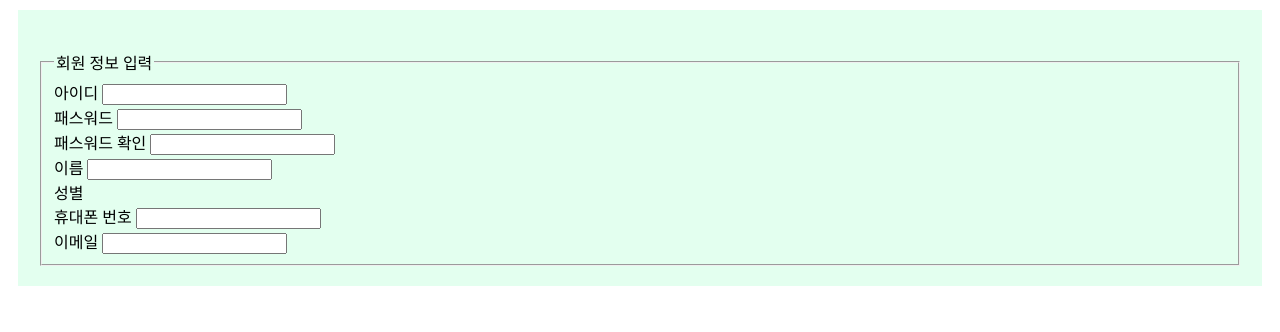
Repository: ypyp0205/jquery
Page: jqpro/WebContent/0205/formsend_valid.html
These files come from the project's save history. The page is drawn as it stood at one moment and after the next save; the edit follows.
The browser window is 1280 px wide. The pictures show the whole page.

Above is the page before, as saved 2020-02-05 08:14:37.

### jqpro/WebContent/0205/formsend_valid.html
<!DOCTYPE html>
<html>
<head>
<meta charset="UTF-8">
<title>Insert title here</title>
<link rel="stylesheet" href="../CSS/mystyle.css">
<script type="text/javascript">
	function proc1() {

	}
</script>
<style type="text/css">
label {
	display: inline-block;

}
</style>
</head>
<body>

	<div class="box">
		<h2></h2>
		<form action="">
<fieldset>
<legend>회원 정보 입력</legend>

<label>아이디
<input type="text"></textarea>
</label><br>


<label>패스워드
<input type="text">
</label><br>


<label>패스워드 확인
<input type="text">
</label><br>


<label>이름
<input type="text">
</label><br>


<label>성별

</label><br>


<label>휴대폰 번호
<input type="text">
</label><br>


<label>이메일
<input type="text">
</label>




</fieldset>



		</form>
	</div>
</body>
</html>

### jqpro/WebContent/CSS/mystyle.css
@CHARSET "UTF-8";

pre {
	height: auto;
	background: #efffef;
	border: 3px solid green;
	font-size: 20px;
	padding: 10px;
	border-radius: 20px;
}

.box {
	background: #e3ffef;
	margin: 10px;
	height: auto;
	padding: 20px;
}

.box div {
	border: 3px dotted green;
	height: auto;
	margin: 10px;
	padding: 10px;
	border-radius: 20px;
}

.box button {
	color: white;
	background: blue;
	padding: 5px;
	margin: 5px;
	width: 80px;
	border-radius: 40px;
}

.box pre {
	padding: 15px;
	color: blue;
	background: rgb(197, 209, 222);
	line-height: 1.5em;
	font-weight: bold;
	}

After the next save:
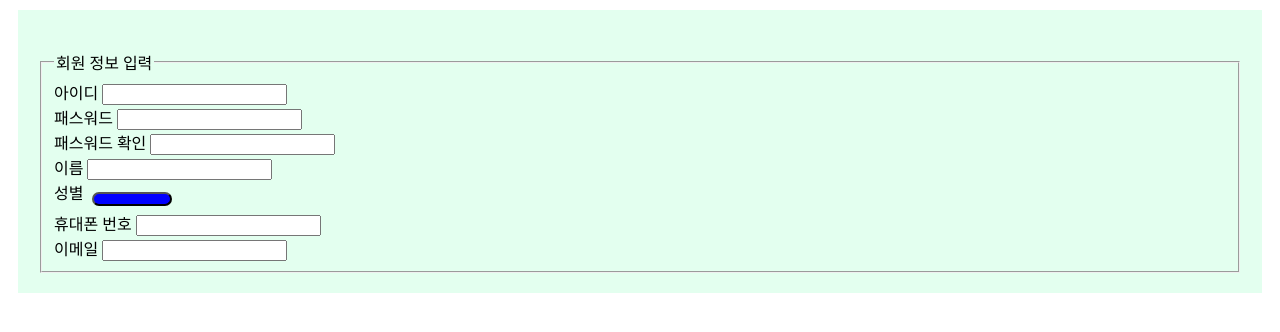
Saved 22 s later.
--- a/jqpro/WebContent/0205/formsend_valid.html
+++ b/jqpro/WebContent/0205/formsend_valid.html
@@ -45,7 +45,7 @@
 
 
 <label>성별
-
+<button type="radio"></button>
 </label><br>
 
 

After the 3 saves that followed:
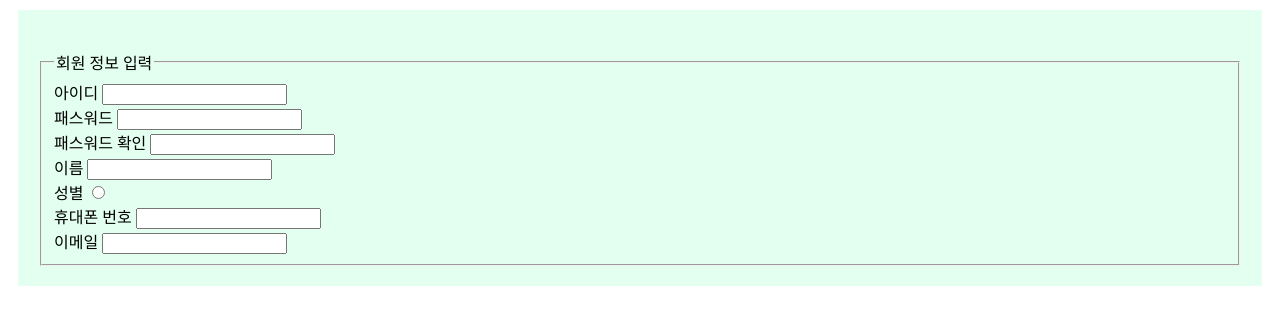
The 3 saves are shown as one change because 2 left the picture as it was.
The last was saved 33 s later.
--- a/jqpro/WebContent/0205/formsend_valid.html
+++ b/jqpro/WebContent/0205/formsend_valid.html
@@ -45,7 +45,7 @@
 
 
 <label>성별
-<button type="radio"></button>
+<input type="radio">
 </label><br>
 
 
